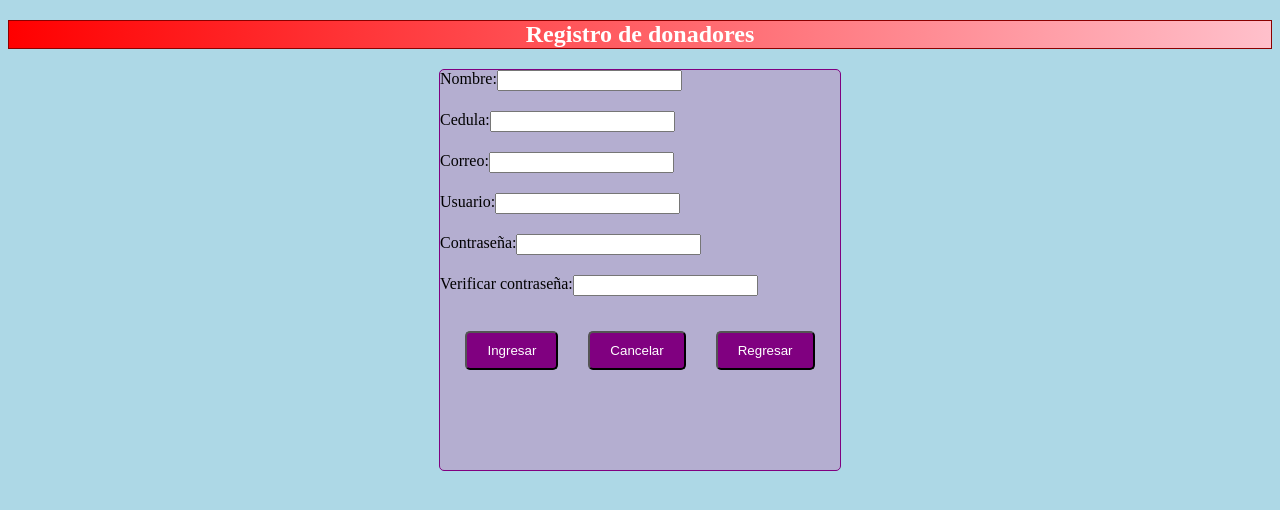
Repository: sonicspeed1/examen1_codigo_bryansantillan
Page: http://localhost/examen_1_bryan_santillan/registro_donadores.jsp
These files come from the project's save history. The page is drawn as it stood at one moment and after the next save; the edit follows.
The browser window is 1280 px wide. The pictures show the whole page.
The page is served by Tomcat 9.

Above is the page before, as saved 2024-05-28 21:17:39.

After the next save:
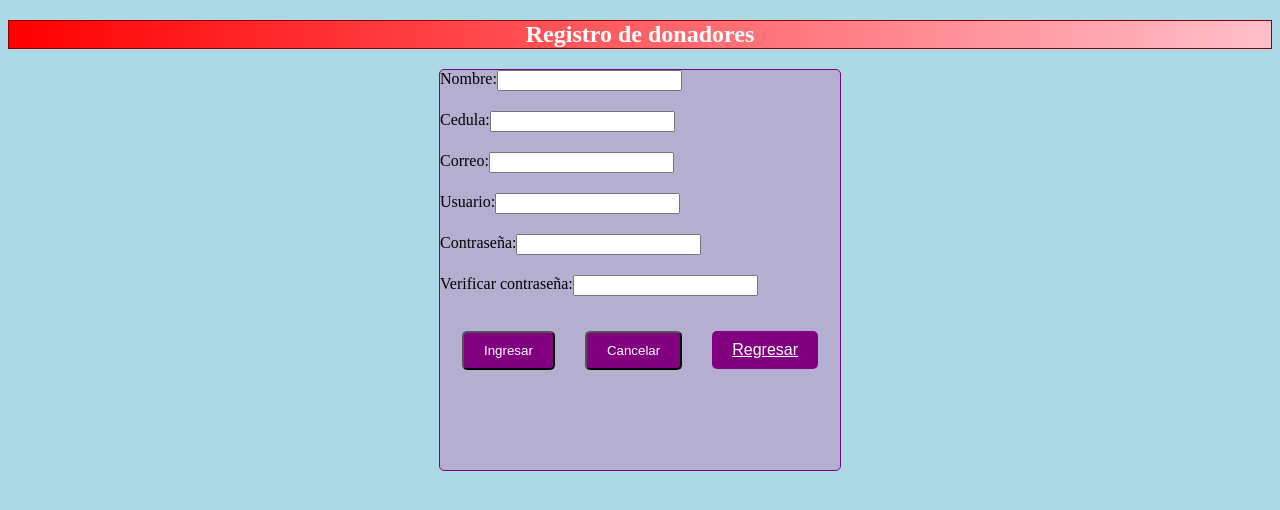
Saved 48 s later.
--- a/examen_1_bryan_santillan/src/main/webapp/registro_donadores.jsp
+++ b/examen_1_bryan_santillan/src/main/webapp/registro_donadores.jsp
@@ -25,7 +25,7 @@
  <div class="item_login">
   <input value="Ingresar" name="ingresar" type="submit" class="button">
  <input value="Cancelar" name="cancelar" type="reset" class="button">
- <input value="Regresar" name="regresar" type="submit" class="button">
+ <a href="home.jsp" class="button">Regresar</a>
  </div>
  <% if (mensaje != null && !mensaje.isEmpty()) { %>
         <p><%= mensaje %></p>
